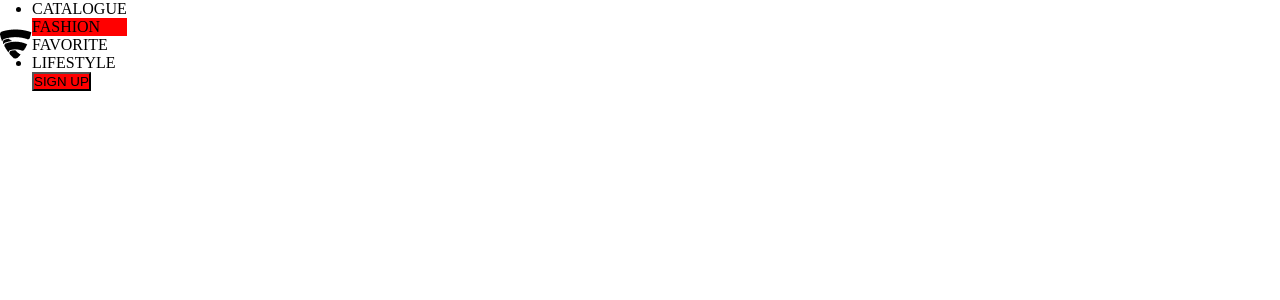
Repository: isaacCodes1/FashionSite2
Page: index.html
The author's editor kept a copy of each file at every save. The page is drawn from the files as they stood at one save, then again after the next save.
The browser window is 1280 px wide. The pictures show the whole page.

Above is the page before, as saved 2024-03-11 11:25:07.

After the next save:
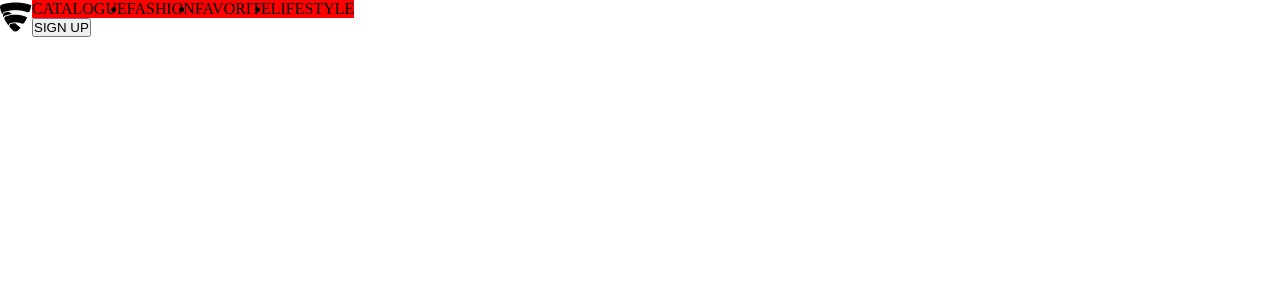
Saved 20 s later.
--- a/style.css
+++ b/style.css
@@ -7,7 +7,7 @@
   display: flex;
   align-items: center;
 }
-.navList :nth-child(2) {
+.navList :nth-child(1) {
   display: flex;
   background-color: red;
 }
